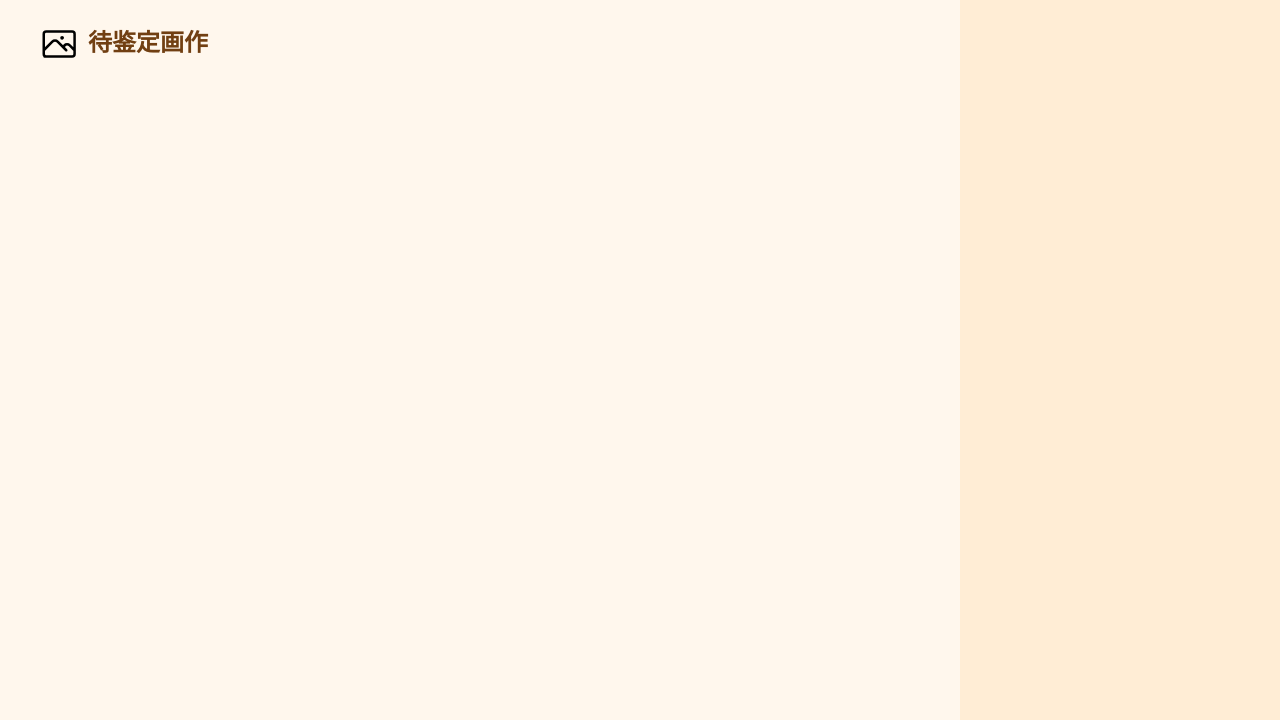
Repository: gaosth/Eyesee
Page: /dtail
The author's editor kept a copy of each file at every save. The page is drawn from the files as they stood at one save, then again after the next save.
The browser window is 1280 px wide. The pictures show the whole page.
The project was rebuilt for these pictures with package versions that can differ from the ones it lists, and the page was loaded fresh each time. Also part of the build but not shown: vite.config.js, src/components/WelcomeItem.vue, src/components/icons/IconDocumentation.vue, src/components/icons/IconTooling.vue, src/components/icons/IconEcosystem.vue, src/components/icons/IconCommunity.vue, src/components/icons/IconSupport.vue, src/components/TheWelcome.vue and 5 more.

Above is the page before, as saved 2024-03-15 11:56:14.

After the next save:
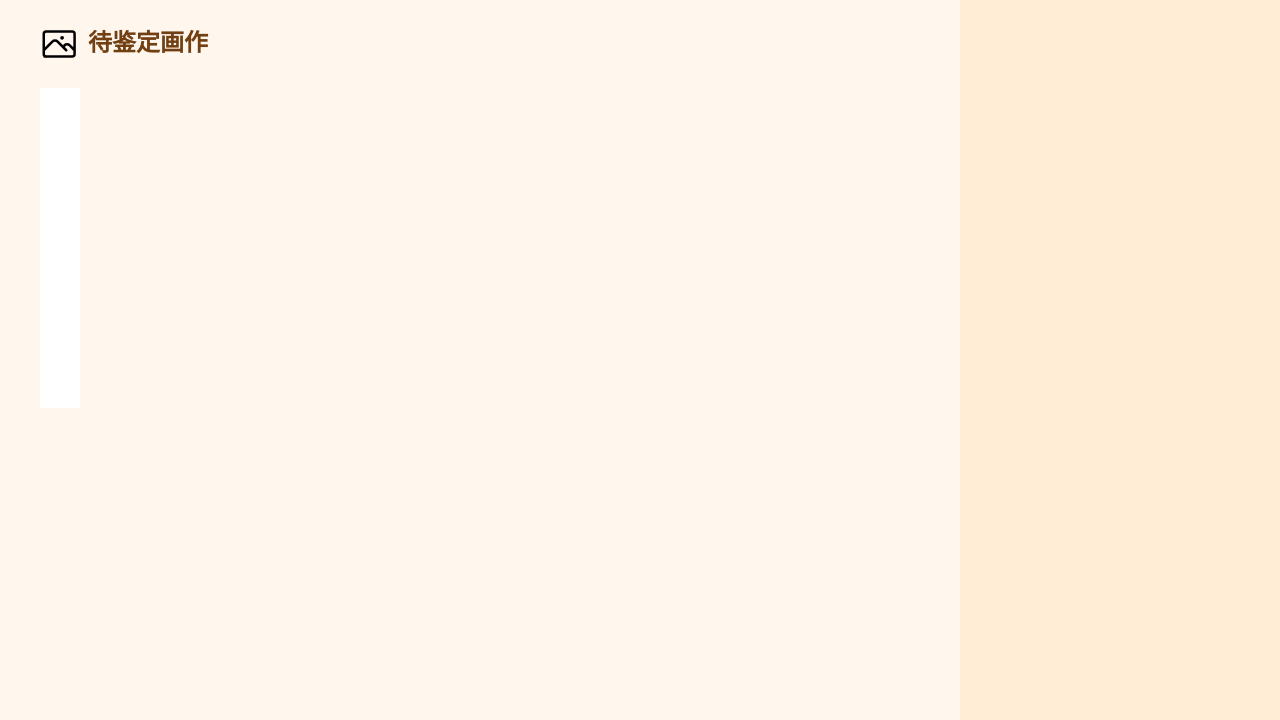
Saved 84 s later.
--- a/src/views/DetailView.vue
+++ b/src/views/DetailView.vue
@@ -12,7 +12,7 @@
                 </div>
             </div>
             <div class = "mx-10 my-6">
-                <div class = "h-100 w-10 bg-white">
+                <div class = "h-80 w-10 bg-white">
 
                 </div>
             </div>

After the save that followed:
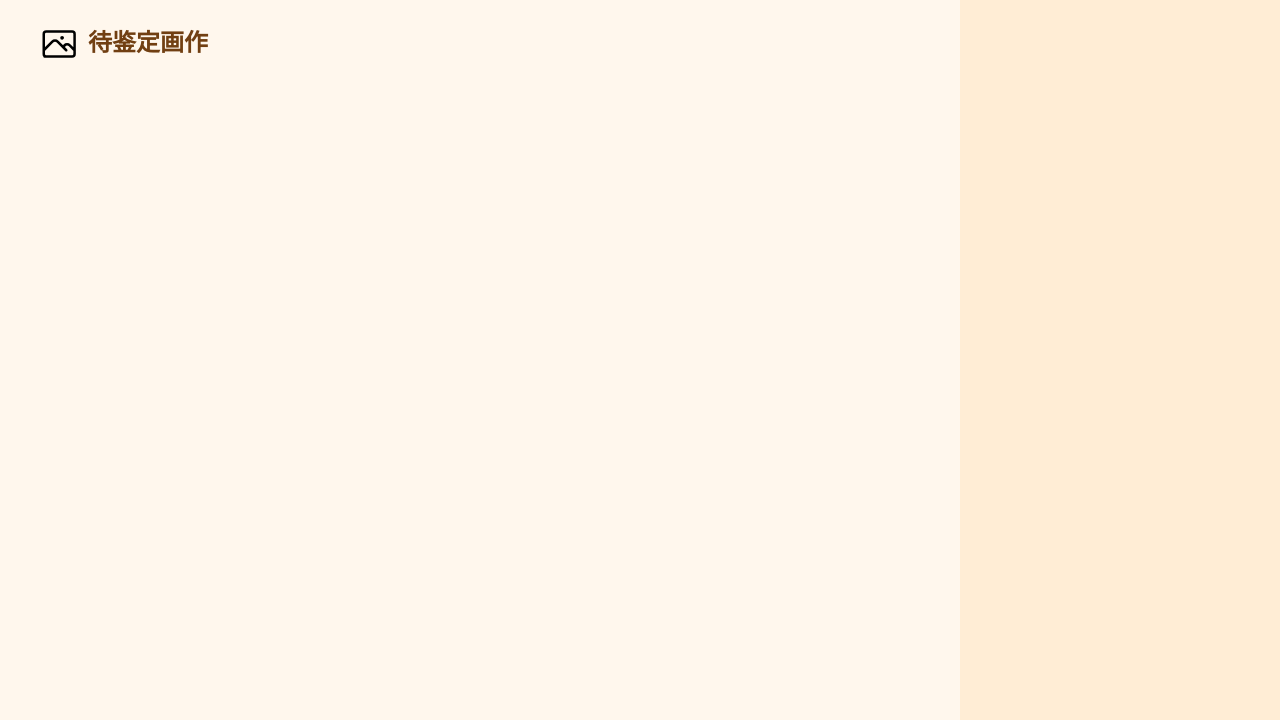
Saved 9 s later.
--- a/src/views/DetailView.vue
+++ b/src/views/DetailView.vue
@@ -12,7 +12,7 @@
                 </div>
             </div>
             <div class = "mx-10 my-6">
-                <div class = "h-80 w-10 bg-white">
+                <div class = "h-100rem w-10 bg-white">
 
                 </div>
             </div>
